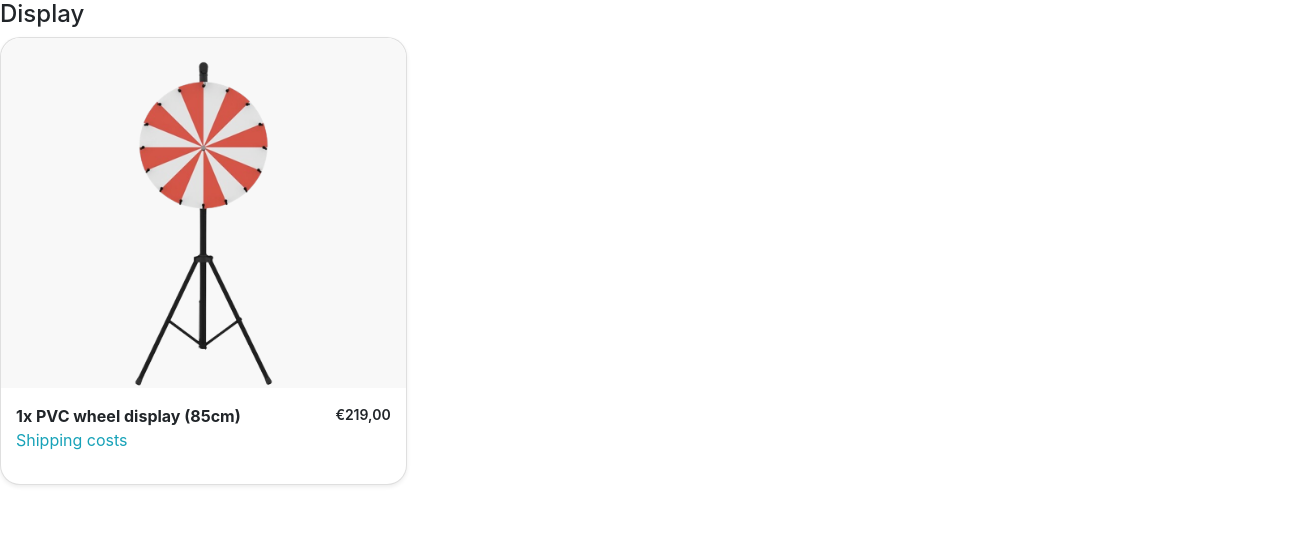
Repository: Awaisp-irfan/fahad-project
Page: display.html
An editor plug-in stored every save of this project. The page is shown before and after the next save, followed by the edit.
The browser window is 1280 px wide. The page is 1295 px wide, then 1280 px, so the pictures cover 1295 px, including what lies to the right of the window. The pictures show the whole page.

Above is the page before, as saved 2022-06-30 09:54:38.

### display.html
<!DOCTYPE html>
<html lang="en">
<head>
    <meta charset="UTF-8">
    <meta http-equiv="X-UA-Compatible" content="IE=edge">
    <meta name="viewport" content="width=device-width, initial-scale=1.0">
    <link
      rel="stylesheet"
      href="https://cdn.jsdelivr.net/npm/bootstrap@4.6.1/dist/css/bootstrap.min.css"
      integrity="sha384-zCbKRCUGaJDkqS1kPbPd7TveP5iyJE0EjAuZQTgFLD2ylzuqKfdKlfG/eSrtxUkn"
      crossorigin="anonymous"
    />
    <link rel="stylesheet" href="./style.css" />
    <title>Document</title>
</head>
<body>
    <div class="cotainer">
        <div class="row">
            <div class="col-lg-12">
              <h4 class="heading">Display</h4>
            </div>
          </div>

        <div class="row">
            <div class="col-lg-4 col-md-6 col-12 mb-3 ">
                <div class="card shadow-sm">
                  <div class="img-div">
                    <div class="cm60-img"></div>
                  </div>
                  <div class="cm60-content d-flex justify-content-between my-3">
                    <div class="col-8">
                      <p class="title">1x PVC wheel display (85cm)</p>
                      <p class="text-info">Shipping costs</p>
                    </div>
                    <div class="col-4 ">
                      <p class="price">
                          €219,00
                    </p></div>
                  </div>
                </div>
              </div>

        </div>

    </div>
</body>
</html>

### style.css
.pvc{
    background-image: url(./assests/2289977149.jpg);
    background-size: cover;
    background-position: center;
    background-repeat: no-repeat;
    height: 100%;
    border-radius: 20px;
}

.col-lg-4>a > .img-div{
    height: 400px;
    border-radius: 20px;
}
.card{
    border-radius: 20px;
}
.card>.img-div{
    height: 350px;
    border-top-left-radius: 20px;
    border-top-right-radius: 20px;
    background-color: rgb(248, 248, 248);
}
.wooden{
    background-image: url(./assests/wooden.jpg);
    background-size: cover;
    background-position: center;
    background-repeat: no-repeat;
    height: 100%;
    border-radius: 20px;
}

.display{
    background-image: url(./assests/display.jpg);
    background-size: cover;
    background-position: center;
    background-repeat: no-repeat;
    height: 100%;
    border-radius: 20px;
}
.cm60-img{
    background: url(./assests/60cm_PVC-removebg-preview.png);

    background-size: cover;
    background-position: center;
    background-repeat: no-repeat;
    height: 100%;
    border-radius: 20px;
    width: 100%;
}

.cm80-img{
    background: url(./assests/80cm_PVC-removebg-preview.png);

    background-size: cover;
    background-position: center;
    background-repeat: no-repeat;
    height: 100%;
    border-radius: 20px;
}

.cm90-img{
    background: url(./assests/90cm_PVC-removebg-preview.png);

    background-size: cover;
    background-position: center;
    background-repeat: no-repeat;
    height: 100%;
    border-radius: 20px;
}
.cm100-img{
    background: url(./assests/100cm_PVC-removebg-preview.png);

    background-size: cover;
    background-position: center;
    background-repeat: no-repeat;
    height: 100%;
    border-radius: 20px;
}

.cm50-img{
    background: url(./assests//50cm\ PVC.png);

    background-size: cover;
    background-position: center;
    background-repeat: no-repeat;
    height: 100%;
    border-radius: 20px;
}

.title{
    font-weight: bold;
    font-size: 16px;
    margin: 0;
    padding: 0;
}

.price{
    font-size: 14px;
    font-weight: 600;
    text-align: right;
    margin: 0;
    padding: 0;
}




/* media queries */
@media (max-width : 768px) {
    .card>.img-div{
        height: 450px;

    }
}

After the next save:
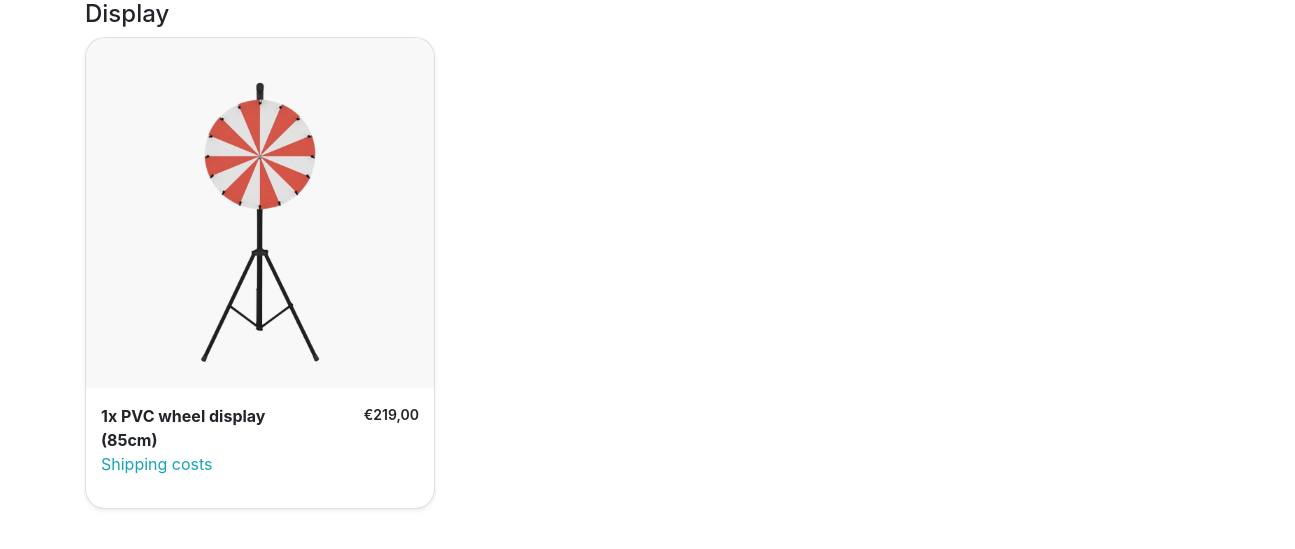
Saved 20 s later.
--- a/display.html
+++ b/display.html
@@ -14,7 +14,7 @@
     <title>Document</title>
 </head>
 <body>
-    <div class="cotainer">
+    <div class="container">
         <div class="row">
             <div class="col-lg-12">
               <h4 class="heading">Display</h4>
